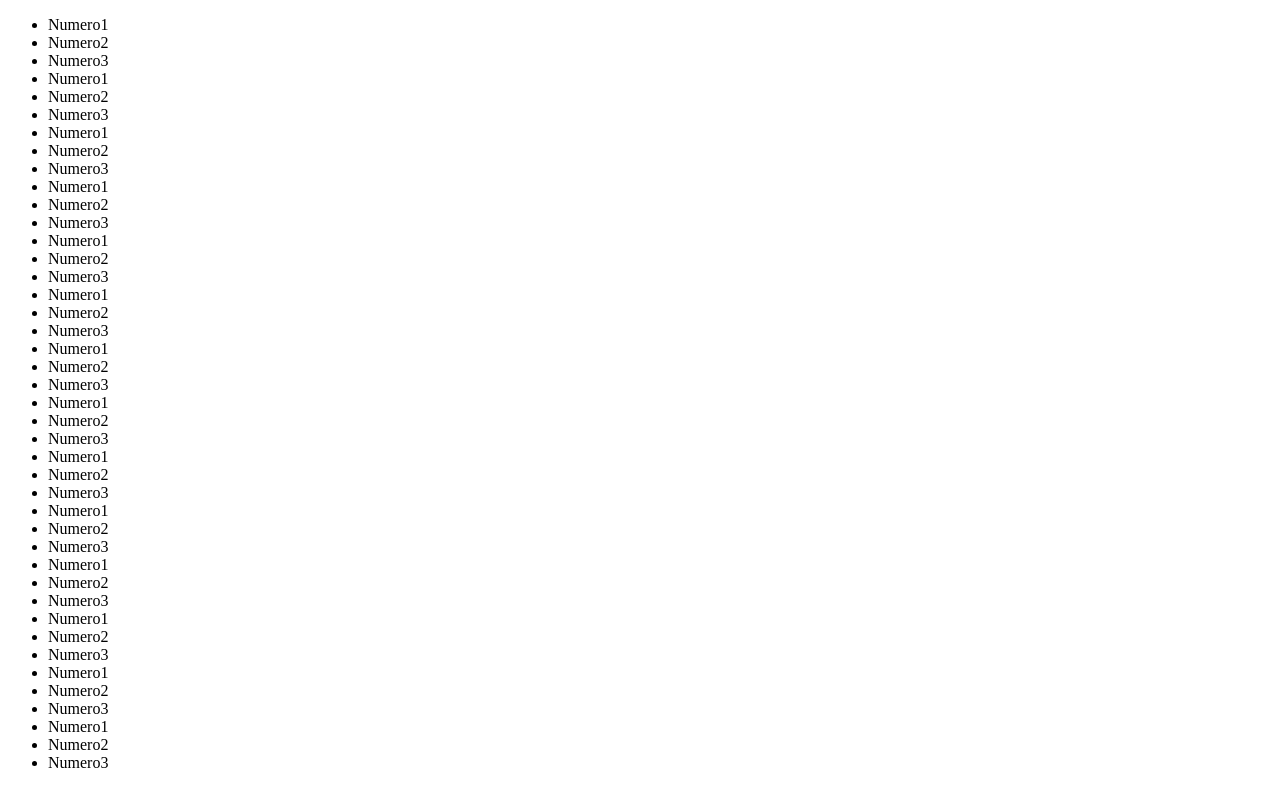
Repository: elbrodelche/ada-portfolio
Page: img/index.html
The author's editor kept a copy of each file at every save. The page is drawn from the files as they stood at one save, then again after the next save.
The browser window is 1280 px wide. The pictures show the whole page.

Above is the page before, as saved 2021-01-23 18:57:23.

After the next save:
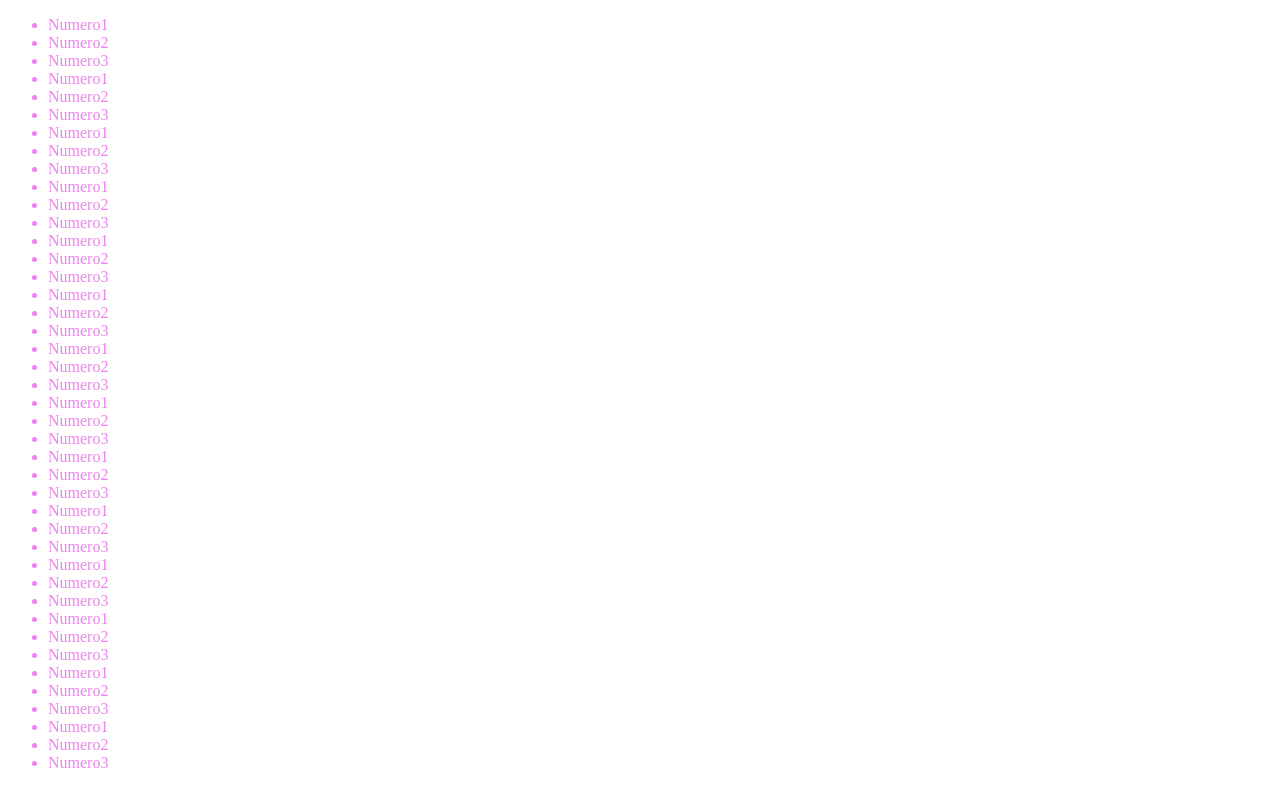
Saved 4 s later.
--- a/img/index.html
+++ b/img/index.html
@@ -6,7 +6,7 @@
     <title>Document</title>
     <style>
         .violeta{
-            color:
+            color:violet
         };
         .rojo{
             color: red;
